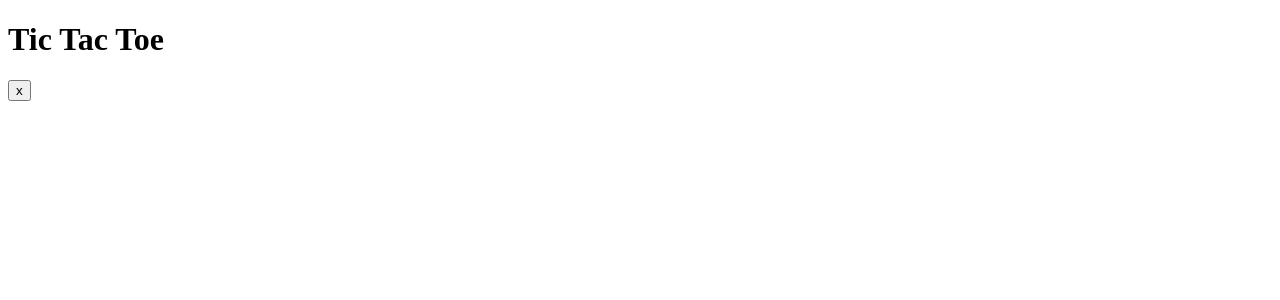
Repository: Mohitkumar1322/FrontendPracticee
Page: TicTacToeProject/index.html
These files come from the project's save history. The page is drawn as it stood at one moment and after the next save; the edit follows.
The browser window is 1280 px wide. The pictures show the whole page.

Above is the page before, as saved 2025-07-21 18:38:50.

After the next save:
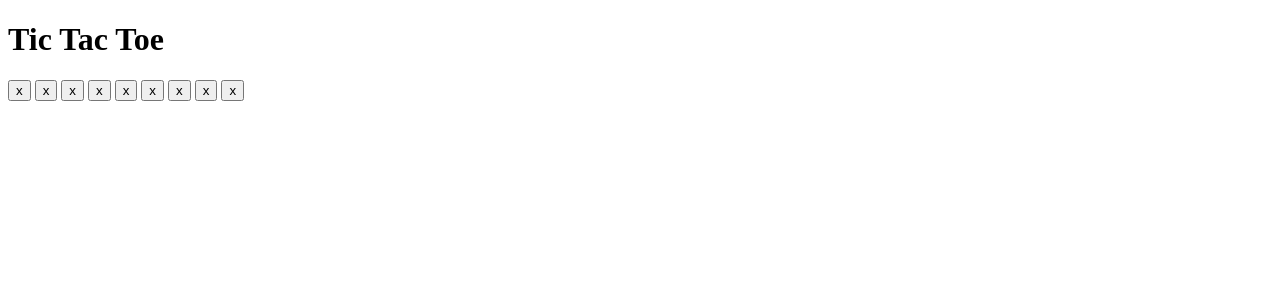
Saved 18 s later.
--- a/TicTacToeProject/index.html
+++ b/TicTacToeProject/index.html
@@ -10,6 +10,16 @@
     <h1>Tic Tac Toe</h1>
     <div class="game">
         <button class="box">x</button>
+        <button class="box">x</button>
+        <button class="box">x</button>
+        <button class="box">x</button>
+        <button class="box">x</button>
+        <button class="box">x</button>
+        <button class="box">x</button>
+
+        <button class="box">x</button>
+        <button class="box">x</button>
+
     </div>
     <script src="script.js"></script>
 </body>
